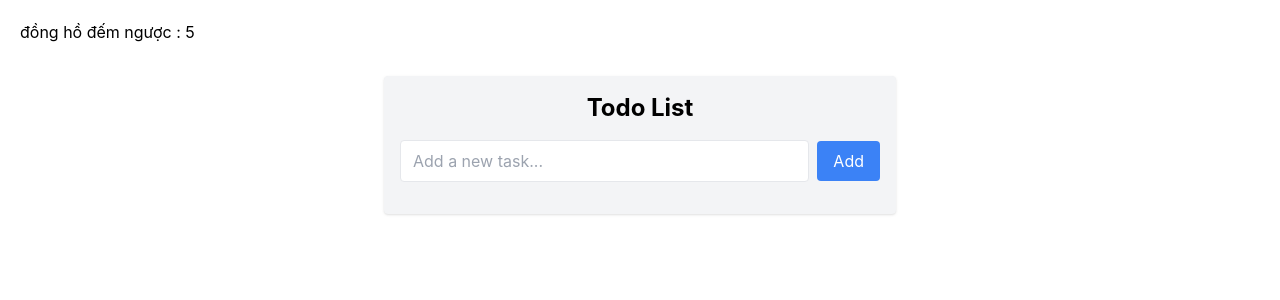
Repository: luannt4/react-todolist
Page: /
The author's editor kept a copy of each file at every save. The page is drawn from the files as they stood at one save, then again after the next save.
The browser window is 1280 px wide. The pictures show the whole page.
The project was rebuilt for these pictures with package versions that can differ from the ones it lists, and the page was loaded fresh each time. Also part of the build but not shown: craco.config.js, src/component/todo-ts/TodoItem.tsx.

Above is the page before, as saved 2024-11-02 15:35:32.

### src/App.tsx
import TodoApp from './component/todo-ts/TodoApp';
import ClockCountDown from './component/Clock';
import TodoCourse from './component/course';
import ClockCountdown from './component/Clock';
function App() {
  return (
    <div className="App">
        <ClockCountdown/>
        <TodoApp />

    </div>
  );
}

export default App;

### src/component/todo-ts/TodoApp.tsx
// src/TodoApp.tsx
import React, { useState, useEffect } from "react";
import TodoList from "./TodoList";
import { Todo } from "../../type/Todo";
import TodoInput from "../todo-state/TodoInput";

const TodoApp: React.FC = () => {
    const [todos, setTodos] = useState<Todo[]>([]);
    const [currentText, setCurrentText] = useState("");
    const [editingId, setEditingId] = useState<number | null>(null);

    // Load To-Do từ localStorage khi ứng dụng khởi động
    useEffect(() => {
        const saveTodos = localStorage.getItem('todos');
        if (saveTodos) {
            setTodos(JSON.parse(saveTodos));
        }
    }, []);

    // Lưu danh sách công việc vào localStorage mỗi khi `todos` thay đổi
  	useEffect(() => {
        if (todos.length) {
    	    localStorage.setItem("todos", JSON.stringify(todos));
        }
	}, [todos]);

    //Thêm hoặc cập nhật To-Do
    const addOrUpdateTodo  = ()=> {
        if (currentText.trim()) {
            if (editingId !== null) {
                setTodos((prevTodos) =>
                prevTodos.map((todo) =>
                    todo.id === editingId ? { ...todo, text: currentText } : todo
                )
                );
                setEditingId(null);
            } else {
                const newTodo: Todo = {
                id: Date.now(),
                text: currentText,
                completed: false,
                };
                setTodos((prevTodos) => [...prevTodos, newTodo]);
            }
            setCurrentText("");
        }

   }

    //toggleComplete
    const toggleComplete = (id: number) => {
        setTodos(
            todos.map((todo) => (
                todo.id === id ? { ...todo, completed: !todo.completed } : todo
                )
            )
        );
    };

    //DeleteTodo
    const deleteTodo = (id:number) => {
        setTodos(todos.filter((todo)=> todo.id != id))
    };

    // Bắt đầu chỉnh sửa To-Do
    const startEditing = (id: number, text: string) => {
        setEditingId(id);
        setCurrentText(text);
    };

    return (
    <div className="max-w-lg mx-auto p-4 bg-gray-100 rounded shadow">
        <h1 className="text-2xl font-bold mb-4 text-center">Todo List</h1>
        <TodoInput
            currentText={currentText}
            setCurrentText={setCurrentText}
            onAddOrUpdateTodo={addOrUpdateTodo}
           isEditing={editingId !== null}
        />
        <TodoList
            todos={todos}
            onToggleComplete={toggleComplete}
            onEditTodo={startEditing}
            onDeleteTodo={deleteTodo}
        />
    </div>
  );
}
export default TodoApp;

### src/component/Clock/index.tsx
import React, { useEffect, useState } from 'react';

const ClockCountdown: React.FC = () => {
    // Create state `countdown` with initial value of 10
    const [countDown,setCountDown]= useState(10);


    useEffect(()=>{
        // Nếu `timeLeft` là 0, dừng đồng hồ
        if(countDown ===0) return;

        // Thiết lập interval để giảm `timeLeft` mỗi giây
        let intervalId = setTimeout(()=> {
            setCountDown((countDown)=> countDown - 1)
        },1000)

        // Cleanup interval khi component bị hủy hoặc khi `timeLeft` thay đổi
        return () => clearInterval(intervalId);
    },[countDown]);

    return (
        <div className="p-5">
            <h1 className="mb-3">đồng hồ đếm ngược : {countDown}</h1>
        </div>
    )
}

export default ClockCountdown;

### src/component/todo-ts/TodoList.tsx
import React from "react";
import { Todo } from "../../type/Todo";
import TodoItem from "./TodoItem";

interface TodoListProps  {
    todos : Todo[];
    onToggleComplete: (id: number) => void;
    onEditTodo: (id: number, text: string) => void;
    onDeleteTodo: (id: number) => void;
}

const TodoList: React.FC<TodoListProps> = ({
  todos,
  onToggleComplete,
  onEditTodo,
  onDeleteTodo,
}) => {
  return (
    <ul className="mt-4 space-y-2">
    {todos.map((todo) => (
        <TodoItem
        key = {todo.id}
        todo = {todo}
        onToggleComplete={onToggleComplete}
        onEditTodo={onEditTodo}
        onDeleteTodo={onDeleteTodo}
        />
    ))}
    </ul>
  )
};
export default TodoList;

### src/component/todo-state/TodoInput.js
import React from 'react';
function TodoInput({ onAddOrUpdateTodo, currentText,setCurrentText,isEditing }) {

    const handleSubmit = (e) => {
        e.preventDefault();
        onAddOrUpdateTodo();

    };
    return (
        <form onSubmit={handleSubmit} className="flex items-center space-x-2">
          <input
            type="text"
            className="w-full px-3 py-2 border rounded"
            placeholder="Add a new task..."
            value={currentText}
            onChange={(e) => setCurrentText(e.target.value)}
          />
          <button
            type="submit"
            className="px-4 py-2 bg-blue-500 text-white rounded hover:bg-blue-600"
          >
             {isEditing ? "Save" : "Add"}
          </button>
        </form>
      );
}
export default TodoInput;

Loaded but not shown: public/index.html (common file); src/index.tsx (common file); src/index.css (common file); src/reportWebVitals.ts (common file); tailwind.config.js (common file)

After the next save:
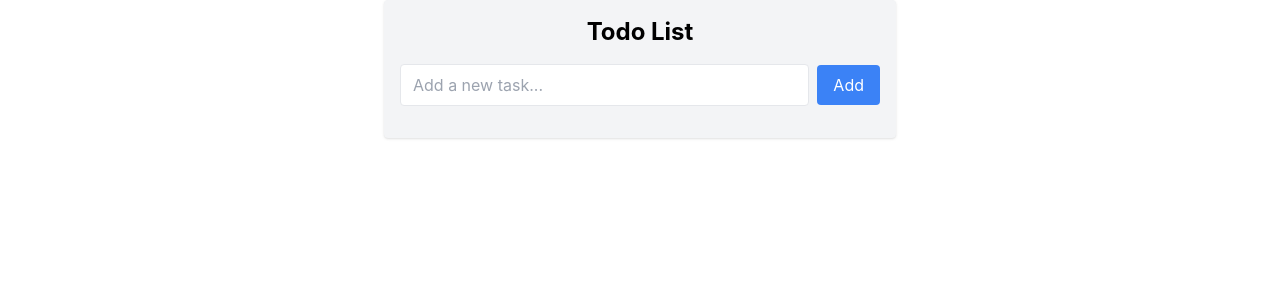
Saved 6 s later.
--- a/src/App.tsx
+++ b/src/App.tsx
@@ -5,7 +5,6 @@ import ClockCountdown from './component/Clock';
 function App() {
   return (
     <div className="App">
-        <ClockCountdown/>
         <TodoApp />
 
     </div>
